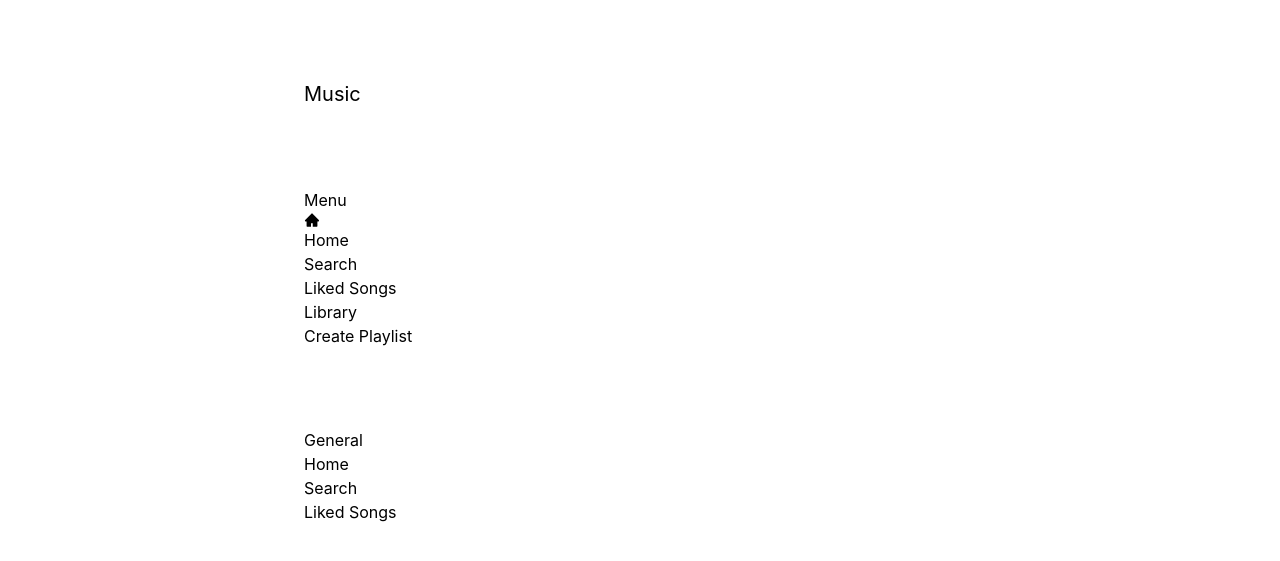
Repository: brandford7/music-player
Page: /
An editor plug-in stored every save of this project. The page is shown before and after a run of saves, followed by the edit.
The browser window is 1280 px wide. The pictures show the whole page.
The project was rebuilt for these pictures with package versions that can differ from the ones it lists, and the page was loaded fresh each time. The framework's server and built-in components were replaced by stand-ins that run in the browser. Also part of the build but not shown: next.config.js.

Above is the page before, as saved 2022-11-18 11:05:41.

After the next 3 saves:
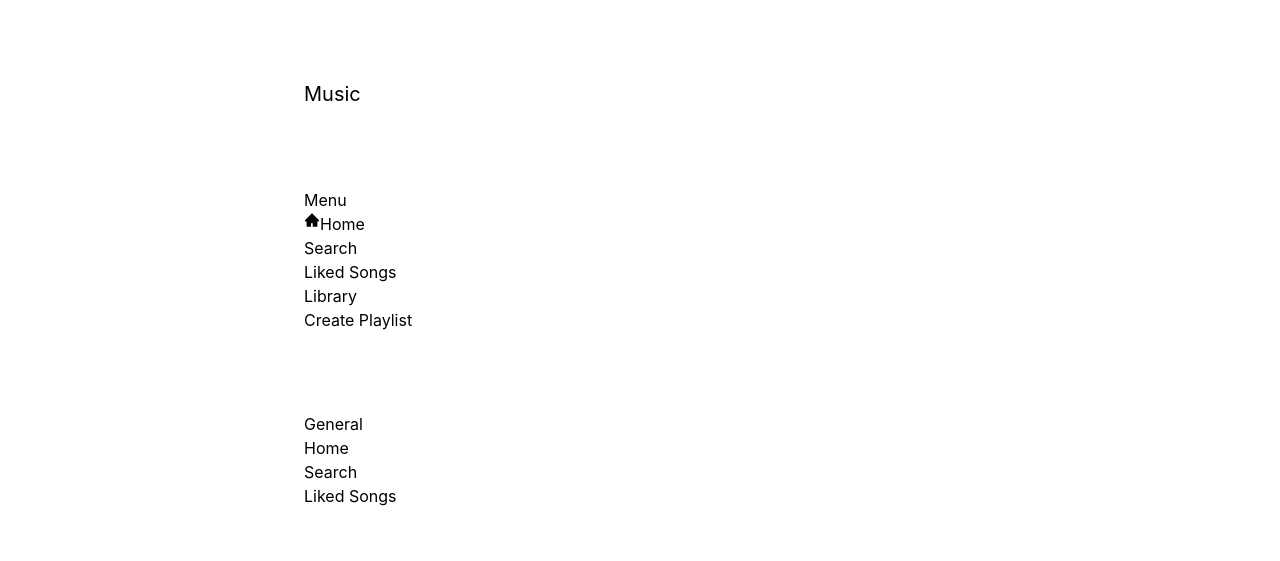
The 3 saves are shown as one change because they came seconds apart.
The last was saved 35 s later.
--- a/components/Sidebar.jsx
+++ b/components/Sidebar.jsx
@@ -10,7 +10,7 @@ const Sidebar = () => {
       <section>
         <h2>Menu</h2>
         <ul className="">
-          <li>
+          <li className="flex">
             <AiFillHome />
             Home
           </li>
